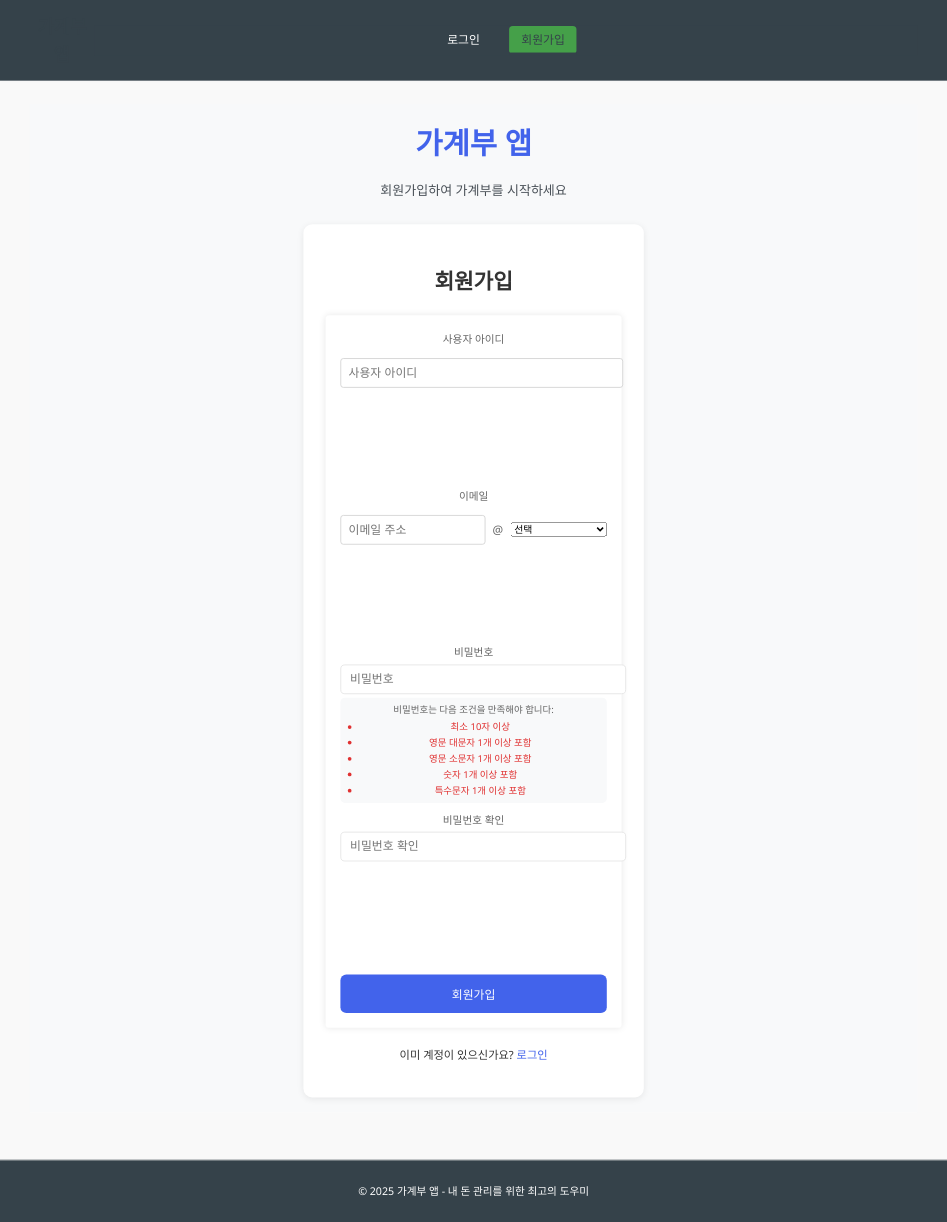
Repository: dldnwls07/Register_Login_Form
Page: /register
The author's editor kept a copy of each file at every save. The page is drawn from the files as they stood at one save, then again after the next save.
The browser window is 1280 px wide. The pictures show the whole page, at 74% of full size.
The project was rebuilt for these pictures with package versions that can differ from the ones it lists, and the page was loaded fresh each time. Also part of the build but not shown: src/components/Summary.jsx, src/styles/pages/MainPage.css, src/pages/MainPage.jsx, src/utils/categoryData.js, src/components/CategorySelector.jsx, src/components/EntryForm.jsx, src/components/EntryTable.jsx, src/components/SearchBar.jsx and 15 more.

Above is the page before, as saved 2025-05-23 14:09:42.

### public/index.html
<!DOCTYPE html>
<html lang="en">
<head>
    <meta charset="UTF-8">
    <meta name="viewport" content="width=device-width, initial-scale=1.0">
    <title>My Money App</title>
</head>
<body>
    <div id="root"></div>
</body>
</html>

### src/styles/App.css
/* Added CSS variables for theme */
:root {
  --background-light: #f9f9f9;
  --background-dark: #121212;
  --text-light: #333;
  --text-dark: #eee;
  --primary-color: #35424a;
  --accent-color: #45a049;
  --border-radius: 5px;
  --box-shadow: 0 0 10px rgba(0, 0, 0, 0.1);
}

body {
  font-family: 'Segoe UI', Tahoma, Geneva, Verdana, sans-serif;
  background-color: var(--background-light);
  color: var(--text-light);
  margin: 0;
  padding: 0;
}

.dark body {
  background-color: var(--background-dark);
  color: var(--text-dark);
}

.container {
    width: 80%;
    margin: auto;
    overflow: hidden;
}

header {
    background: #35424a;
    color: #ffffff;
    padding: 10px 0;
    text-align: center;
}

h1 {
    margin: 0;
}

form {
    background: #ffffff;
    padding: 20px;
    border-radius: 5px;
    box-shadow: 0 0 10px rgba(0, 0, 0, 0.1);
}

input[type="text"],
input[type="number"] {
    width: 100%;
    padding: 10px;
    margin: 10px 0;
    border: 1px solid #ccc;
    border-radius: 4px;
}

button {
    background: #35424a;
    color: #ffffff;
    border: none;
    padding: 10px 15px;
    border-radius: 5px;
    cursor: pointer;
}

button:hover {
    background: #45a049;
}

.table {
    width: 100%;
    margin-top: 20px;
    border-collapse: collapse;
}

.table th,
.table td {
    border: 1px solid #ddd;
    padding: 8px;
}

.table th {
    background-color: #35424a;
    color: white;
}

.summary {
    background: #ffffff;
    padding: 20px;
    border-radius: 5px;
    box-shadow: 0 0 10px rgba(0, 0, 0, 0.1);
    margin-top: 20px;
}

.pie-chart {
    margin-top: 20px;
}

/* Added media query for responsiveness */
@media (max-width: 768px) {
  .entry-form {
    flex-direction: column;
  }
}

/* 앱 레이아웃 스타일 */
.App {
  display: flex;
  flex-direction: column;
  min-height: 100vh;
}

.App-header {
  background-color: var(--primary-color);
  color: white;
  padding: 1rem 0;
  text-align: center;
}

.App-content {
  flex: 1;
  padding: 2rem;
  max-width: 1200px;
  margin: 0 auto;
  width: 100%;
}

.App-footer {
  background-color: var(--primary-color);
  color: white;
  text-align: center;
  padding: 1rem 0;
  margin-top: 2rem;
}

/* 네비게이션 스타일 */
.main-navigation {
  background-color: var(--primary-color);
  padding: 0.5rem 0;
}

.nav-links {
  display: flex;
  justify-content: center;
  gap: 1.5rem;
  padding: 0;
  margin: 0;
}

.nav-links a {
  color: white;
  text-decoration: none;
  padding: 0.5rem 1rem;
  border-radius: var(--border-radius);
  transition: background-color 0.3s;
}

.nav-links a:hover, .nav-links a.active {
  background-color: var(--accent-color);
}

/* 카드 스타일 */
.navigation-links {
  display: grid;
  grid-template-columns: repeat(auto-fit, minmax(300px, 1fr));
  gap: 2rem;
  margin-top: 2rem;
}

.nav-card {
  background-color: white;
  padding: 1.5rem;
  border-radius: var(--border-radius);
  box-shadow: var(--box-shadow);
  transition: transform 0.3s, box-shadow 0.3s;
}

.nav-card:hover {
  transform: translateY(-5px);
  box-shadow: 0 10px 20px rgba(0, 0, 0, 0.15);
}

.nav-link {
  text-decoration: none;
  color: var(--text-light);
}

/* 페이지 스타일 */
.main-page, .spending-page, .goal-page, .analysis-page {
  padding: 1rem 0;
}

.back-link {
  margin-bottom: 2rem;
}

.back-link a {
  color: var(--primary-color);
  text-decoration: none;
  display: flex;
  align-items: center;
  gap: 0.5rem;
}

.back-link a:hover {
  text-decoration: underline;
}

/* 콘텐츠 레이아웃 */
.spending-content, .goal-content, .analysis-content {
  display: grid;
  grid-template-columns: 1fr;
  gap: 2rem;
}

@media (min-width: 768px) {
  .spending-content, .goal-content, .analysis-content {
    grid-template-columns: repeat(2, 1fr);
  }
}

### src/pages/auth/RegisterPage.jsx
import React from 'react';
import { useNavigate } from 'react-router-dom';
import RegisterForm from '../../components/RegisterForm';
import '../../styles/pages/AuthPage.css';

const RegisterPage = () => {
  const navigate = useNavigate();

  const handleRegisterSuccess = () => {
    navigate('/login', {
      state: { message: '회원가입에 성공했습니다. 로그인해주세요.' }
    });
  };

  return (
    <div className="auth-page">
      <div className="auth-container">
        <h1>가계부 앱</h1>
        <p className="auth-description">회원가입하여 가계부를 시작하세요</p>
        <RegisterForm onRegisterSuccess={handleRegisterSuccess} />
      </div>
    </div>
  );
};

export default RegisterPage;

### src/components/Navigation.jsx
import React from 'react';
import { Link, useLocation } from 'react-router-dom';
import { useAuth } from '../hooks/useAuth';

const Navigation = () => {
  const location = useLocation();
  const { user } = useAuth();

  return (
    <nav className="main-navigation">
      <ul className="nav-links">
        {user ? (
          // 로그인된 사용자용 메뉴
          <>
            <li>
              <Link to="/" className={location.pathname === '/' ? 'active' : ''}>
                대시보드
              </Link>
            </li>
            <li>
              <Link to="/spending" className={location.pathname === '/spending' ? 'active' : ''}>
                지출 관리
              </Link>
            </li>
            <li>
              <Link to="/goal" className={location.pathname === '/goal' ? 'active' : ''}>
                목표 설정
              </Link>
            </li>
            <li>
              <Link to="/analysis" className={location.pathname === '/analysis' ? 'active' : ''}>
                지출 분석
              </Link>
            </li>
            <li>
              <Link to="/profile" className={location.pathname === '/profile' ? 'active' : ''}>
                프로필
              </Link>
            </li>
          </>
        ) : (
          // 로그인되지 않은 사용자용 메뉴
          <>
            <li>
              <Link to="/login" className={location.pathname === '/login' ? 'active' : ''}>
                로그인
              </Link>
            </li>
            <li>
              <Link to="/register" className={location.pathname === '/register' ? 'active' : ''}>
                회원가입
              </Link>
            </li>
          </>
        )}
      </ul>
    </nav>
  );
};

export default Navigation;

### src/styles/Common.css
/* 공통 스타일 - 네비게이션, 헤더, 푸터 등 공통 요소 디자인 */

:root {
  --primary-color: #2D7FF9;
  --accent-color: #00D1D1;
  --text-color: #333333;
  --text-light: #666666;
  --background-color: #F5F7FC;
  --card-background: #FFFFFF;
  --border-radius: 16px;
  --box-shadow: 0 2px 10px rgba(0, 0, 0, 0.05);
  --hover-shadow: 0 10px 20px rgba(0, 0, 0, 0.1);
  --transition: 0.2s ease;
}

body {
  font-family: 'Pretendard', -apple-system, BlinkMacSystemFont, system-ui, Roboto, 'Helvetica Neue', 'Segoe UI', sans-serif;
  background-color: var(--background-color);
  color: var(--text-color);
  margin: 0;
  padding: 0;
  line-height: 1.6;
}

/* 앱 레이아웃 */
.App {
  display: flex;
  flex-direction: column;
  min-height: 100vh;
}

/* 헤더 스타일 */
.App-header {
  background-color: var(--card-background);
  box-shadow: 0 1px 5px rgba(0, 0, 0, 0.03);
  padding: 1.25rem 0;
  position: sticky;
  top: 0;
  z-index: 100;
}

.header-container {
  display: flex;
  flex-direction: column;
  align-items: center;
  max-width: 1200px;
  margin: 0 auto;
  padding: 0 1.5rem;
}

@media (min-width: 768px) {
  .header-container {
    flex-direction: row;
    justify-content: space-between;
  }
}

.App-header h1 {
  font-size: 1.5rem;
  font-weight: 700;
  color: var(--primary-color);
  margin: 0;
}

/* 메인 컨텐츠 스타일 */
.App-content {
  flex: 1;
  max-width: 1200px;
  margin: 0 auto;
  width: 100%;
  padding: 2rem 1.5rem;
}

/* 푸터 스타일 */
.App-footer {
  background-color: var(--card-background);
  padding: 1.5rem 0;
  margin-top: 3rem;
  text-align: center;
  font-size: 0.9rem;
  color: var(--text-light);
  border-top: 1px solid #eaeaea;
}

/* 네비게이션 스타일 */
.main-navigation {
  width: 100%;
  display: flex;
  justify-content: center;
  margin-top: 1rem;
}

@media (min-width: 768px) {
  .main-navigation {
    margin-top: 0;
  }
}

.nav-links {
  display: flex;
  gap: 1.5rem;
  padding: 0;
  margin: 0;
  list-style: none;
}

.nav-links a {
  color: var(--text-light);
  text-decoration: none;
  font-size: 1rem;
  font-weight: 500;
  padding: 0.5rem;
  transition: color var(--transition);
  position: relative;
}

.nav-links a:before {
  content: '';
  position: absolute;
  bottom: 0;
  left: 0;
  width: 0;
  height: 2px;
  background-color: var(--primary-color);
  transition: width var(--transition);
}

.nav-links a:hover, .nav-links a.active {
  color: var(--primary-color);
}

.nav-links a:hover:before, .nav-links a.active:before {
  width: 100%;
}

### src/styles/pages/AuthPage.css
/* 인증 페이지 스타일 */
.auth-page {
  display: flex;
  justify-content: center;
  align-items: center;
  min-height: 100vh;
  background-color: #f8f9fa;
}

.auth-container {
  width: 100%;
  max-width: 500px;
  padding: 20px;
  text-align: center;
}

.auth-page h1 {
  font-size: 2.5rem;
  margin-bottom: 0.5rem;
  color: #4263eb;
  font-weight: 700;
}

.auth-description {
  font-size: 1.1rem;
  color: #495057;
  margin-bottom: 2rem;
}

/* 반응형 조정 */
@media (max-width: 576px) {
  .auth-container {
    padding: 15px;
  }

  .auth-page h1 {
    font-size: 2rem;
  }

  .auth-description {
    font-size: 1rem;
  }
}

### src/styles/components/GoalSetter.css
/* GoalSetter 컴포넌트 스타일 */
.goal-setter {
  background-color: #fff;
  border-radius: 12px;
  padding: 24px;
  box-shadow: 0 2px 8px rgba(0, 0, 0, 0.08);
  margin-bottom: 24px;
}

.goal-setter h2 {
  font-size: 1.5rem;
  margin-bottom: 20px;
  color: #333;
  font-weight: 600;
}

.goal-form {
  margin-bottom: 24px;
  display: flex;
  flex-wrap: wrap;
  gap: 16px;
}

.form-group {
  flex: 1 1 200px;
  margin-bottom: 16px;
}

.form-group label {
  display: block;
  font-size: 0.9rem;
  margin-bottom: 6px;
  color: #666;
  font-weight: 500;
}

.form-group input {
  width: 100%;
  padding: 12px 16px;
  border: 1px solid #e0e0e0;
  border-radius: 8px;
  font-size: 1rem;
  transition: border 0.2s;
}

.form-group input:focus {
  border-color: #4263eb;
  outline: none;
}

.input-with-icon {
  position: relative;
}

.input-with-icon input {
  padding-right: 40px;
}

.currency-symbol {
  position: absolute;
  right: 16px;
  top: 50%;
  transform: translateY(-50%);
  color: #888;
}

.goal-submit-button {
  background-color: #4263eb;
  color: white;
  border: none;
  border-radius: 8px;
  padding: 12px 24px;
  font-size: 1rem;
  font-weight: 500;
  cursor: pointer;
  transition: background 0.2s;
}

.goal-submit-button:hover {
  background-color: #3249b1;
}

.goal-status {
  background-color: #f8f9fa;
  border-radius: 8px;
  padding: 20px;
}

.goal-header {
  display: flex;
  justify-content: space-between;
  align-items: center;
  margin-bottom: 16px;
}

.goal-header h3 {
  font-size: 1.2rem;
  font-weight: 500;
  margin: 0;
}

.achievement-toggle {
  display: flex;
  align-items: center;
  gap: 8px;
}

/* 토글 스위치 스타일 */
.switch {
  position: relative;
  display: inline-block;
  width: 48px;
  height: 24px;
}

.switch input {
  opacity: 0;
  width: 0;
  height: 0;
}

.slider {
  position: absolute;
  cursor: pointer;
  top: 0;
  left: 0;
  right: 0;
  bottom: 0;
  background-color: #ccc;
  transition: .4s;
}

.slider:before {
  position: absolute;
  content: "";
  height: 18px;
  width: 18px;
  left: 3px;
  bottom: 3px;
  background-color: white;
  transition: .4s;
}

input:checked + .slider {
  background-color: #4263eb;
}

input:focus + .slider {
  box-shadow: 0 0 1px #4263eb;
}

input:checked + .slider:before {
  transform: translateX(24px);
}

/* 둥근 슬라이더 */
.slider.round {
  border-radius: 34px;
}

.slider.round:before {
  border-radius: 50%;
}

/* 진행바 스타일 */
.progress-bar-container {
  height: 10px;
  background-color: #e9ecef;
  border-radius: 5px;
  overflow: hidden;
  margin-bottom: 8px;
}

.progress-bar {
  height: 100%;
  background-color: #4263eb;
  border-radius: 5px;
  transition: width 0.5s ease-in-out;
}

.progress-bar.exceeded {
  background-color: #e03131;
}

.progress-details {
  display: flex;
  justify-content: space-between;
  align-items: center;
  margin-bottom: 16px;
}

.progress-percentage {
  font-weight: 600;
  color: #333;
  margin: 0;
}

.progress-numbers {
  display: flex;
  justify-content: space-between;
  width: 100%;
  color: #666;
  font-size: 0.9rem;
  margin: 8px 0 0;
}

.goal-status-message {
  padding: 12px;
  border-radius: 6px;
  margin-top: 16px;
}

.goal-status-message.remaining {
  background-color: #e6f4ea;
}

.goal-status-message.exceeded {
  background-color: #fde7e9;
}

.goal-status-message .alert {
  color: #c92a2a;
  display: flex;
  align-items: center;
  gap: 8px;
}

.goal-status-message .success {
  color: #2b8a3e;
  display: flex;
  align-items: center;
  gap: 8px;
}

.goal-status-message .icon {
  font-size: 1.2rem;
}

.no-goal-message {
  text-align: center;
  padding: 24px;
  background-color: #f8f9fa;
  border-radius: 8px;
  color: #666;
}

.no-goal-message p:first-child {
  font-size: 1.1rem;
  font-weight: 500;
  margin-bottom: 8px;
}

@media (max-width: 768px) {
  .goal-form {
    flex-direction: column;
    gap: 12px;
  }

  .goal-header {
    flex-direction: column;
    align-items: flex-start;
    gap: 12px;
  }

  .achievement-toggle {
    width: 100%;
    justify-content: flex-start;
  }
}

### src/styles/components/AuthForm.css
/* 인증 폼 스타일 (로그인/회원가입) */

.auth-form-container {
  max-width: 400px;
  margin: 0 auto;
  padding: 30px;
  background-color: #fff;
  border-radius: 12px;
  box-shadow: 0 2px 10px rgba(0, 0, 0, 0.08);
}

.auth-title {
  font-size: 1.8rem;
  margin-bottom: 24px;
  color: #333;
  font-weight: 600;
  text-align: center;
}

.auth-form {
  display: flex;
  flex-direction: column;
  gap: 10px;
}

.form-group {
  display: flex;
  flex-direction: column;
  margin-bottom: 2px;
}

.form-group label {
  font-size: 0.9rem;
  margin-bottom: 4px;
  color: #666;
  font-weight: 500;
}

.form-group input {
  padding: 10px 12px;
  border: 1px solid #e0e0e0;
  border-radius: 6px;
  font-size: 1rem;
  transition: border 0.2s;
}

.form-group input:focus {
  border-color: #4263eb;
  outline: none;
  box-shadow: 0 0 0 2px rgba(66, 99, 235, 0.1);
}

.form-group input[disabled] {
  background-color: #f8f9fa;
  cursor: not-allowed;
}

.input-error {
  color: #e03131;
  font-size: 0.85rem;
  margin-top: 6px;
}

.auth-button {
  background-color: #4263eb;
  color: white;
  border: none;
  border-radius: 8px;
  padding: 14px;
  font-size: 1rem;
  font-weight: 500;
  cursor: pointer;
  margin-top: 8px;
  transition: background 0.2s;
}

.auth-button:hover {
  background-color: #3249b1;
}

.auth-button:disabled {
  background-color: #adb5bd;
  cursor: not-allowed;
}

.auth-button.loading {
  position: relative;
  opacity: 0.8;
}

.auth-button.loading::after {
  content: '';
  position: absolute;
  width: 20px;
  height: 20px;
  top: 50%;
  left: 50%;
  margin-left: -10px;
  margin-top: -10px;
  border: 3px solid rgba(255, 255, 255, 0.3);
  border-radius: 50%;
  border-top-color: #fff;
  animation: spin 1s ease-in-out infinite;
}

@keyframes spin {
  to { transform: rotate(360deg); }
}

.auth-links {
  margin-top: 24px;
  text-align: center;
  font-size: 0.95rem;
}

.auth-links a {
  color: #4263eb;
  text-decoration: none;
  font-weight: 500;
}

.auth-links a:hover {
  text-decoration: underline;
}

.auth-error-message,
.auth-success-message {
  padding: 12px;
  margin-bottom: 20px;
  border-radius: 8px;
  font-size: 0.95rem;
}

.auth-error-message {
  background-color: #fff5f5;
  color: #e03131;
  border-left: 4px solid #e03131;
}

.auth-success-message {
  background-color: #f4fce3;
  color: #2b8a3e;
  border-left: 4px solid #2b8a3e;
}

/* 비밀번호 강도 표시 스타일 */
.password-strength {
  margin-top: 3px;
  margin-bottom: 5px;
}

.strength-meter {
  height: 3px;
  background-color: #e0e0e0;
  border-radius: 2px;
  margin-bottom: 3px;
  position: relative;
  overflow: hidden;
}

.strength-bar {
  height: 100%;
  border-radius: 2px;
  transition: width 0.3s ease;
}

.strength-bar.strength-매우\ 약함 {
  background-color: #ff4d4d;
}

.strength-bar.strength-약함 {
  background-color: #ffa64d;
}

.strength-bar.strength-중간 {
  background-color: #ffdd4d;
}

.strength-bar.strength-강함 {
  background-color: #4cd964;
}

.strength-text {
  font-size: 12px;
  display: block;
}

.strength-text.strength-매우\ 약함 {
  color: #ff4d4d;
}

.strength-text.strength-약함 {
  color: #ffa64d;
}

.strength-text.strength-중간 {
  color: #8a8a8a;
}

.strength-text.strength-강함 {
  color: #4cd964;
}

/* 새로 추가된 스타일 */
.email-group {
  display: flex;
  align-items: center;
  gap: 5px;
}

.email-prefix {
  flex: 1;
}

.email-at {
  margin: 0 5px;
  color: #666;
}

.email-domain {
  width: 130px;
}

.custom-domain {
  margin-top: 10px;
}

.custom-domain input {
  width: 100%;
}

.password-input-container {
  position: relative;
  display: flex;
  align-items: center;
}

.password-input-container input {
  width: 100%;
}

.toggle-password-btn {
  position: absolute;
  right: 10px;
  top: 50%;
  transform: translateY(-50%);
  background: none;
  border: none;
  color: #666;
  font-size: 0.85rem;
  cursor: pointer;
  padding: 3px 6px;
  border-radius: 3px;
}

.toggle-password-btn:hover {
  background-color: #f1f3f5;
}

.input-error-field {
  border-color: #e03131 !important;
}

.password-policy {
  font-size: 0.8rem;
  color: #666;
  margin-top: 5px;
  padding: 6px 8px;
  background-color: #f8f9fa;
  border-radius: 6px;
}

.password-policy p {
  margin-top: 0;
  margin-bottom: 3px;
  font-weight: 500;
}

.password-policy ul {
  margin: 0;
  padding-left: 18px;
}

.password-policy li {
  margin-bottom: 1px;
}

.password-policy li.met {
  color: #2b8a3e;
}

.password-policy li.not-met {
  color: #e03131;
}

.form-options {
  display: flex;
  justify-content: space-between;
  align-items: center;
  margin: 15px 0;
  font-size: 0.9rem;
}

.remember-me {
  display: flex;
  align-items: center;
}

.remember-me input[type="checkbox"] {
  margin-right: 5px;
}

.forgot-password-link {
  color: #5c7cfa;
  text-decoration: none;
}

.forgot-password-link:hover {
  text-decoration: underline;
}

.auth-warning-message {
  margin-top: 12px;
  padding: 8px;
  border-radius: 6px;
  background-color: #fff9db;
  color: #f08c00;
  font-size: 0.85rem;
  border-left: 3px solid #f08c00;
}

/* 반응형 */
@media (max-width: 480px) {
  .auth-form-container {
    padding: 20px;
    border-radius: 8px;
  }

  .auth-title {
    font-size: 1.5rem;
    margin-bottom: 20px;
  }
}

Loaded but not shown: src/utils/authService.js (592 lines, source omitted); src/utils/authUtils.js (248 lines, source omitted); src/utils/browserDBService2.js (196 lines, source omitted); src/utils/cryptoUtils.js (175 lines, source omitted); src/utils/browserDBService.js (137 lines, source omitted); src/utils/browserDBService3.js (78 lines, source omitted); src/utils/storageKeys.js (68 lines, source omitted); src/utils/localStorageUtil.js (43 lines, source omitted); src/utils/dbServiceWrapper.js (25 lines, source omitted); src/index.js (12 lines, source omitted); src/hooks/useAuth.js (14 lines, source omitted); src/components/RegisterForm.jsx (345 lines, source omitted); src/App.jsx (208 lines, source omitted); src/styles/pages/ProfilePage.css (373 lines, source omitted); src/context/AuthContext.jsx (170 lines, source omitted)

After the next save:
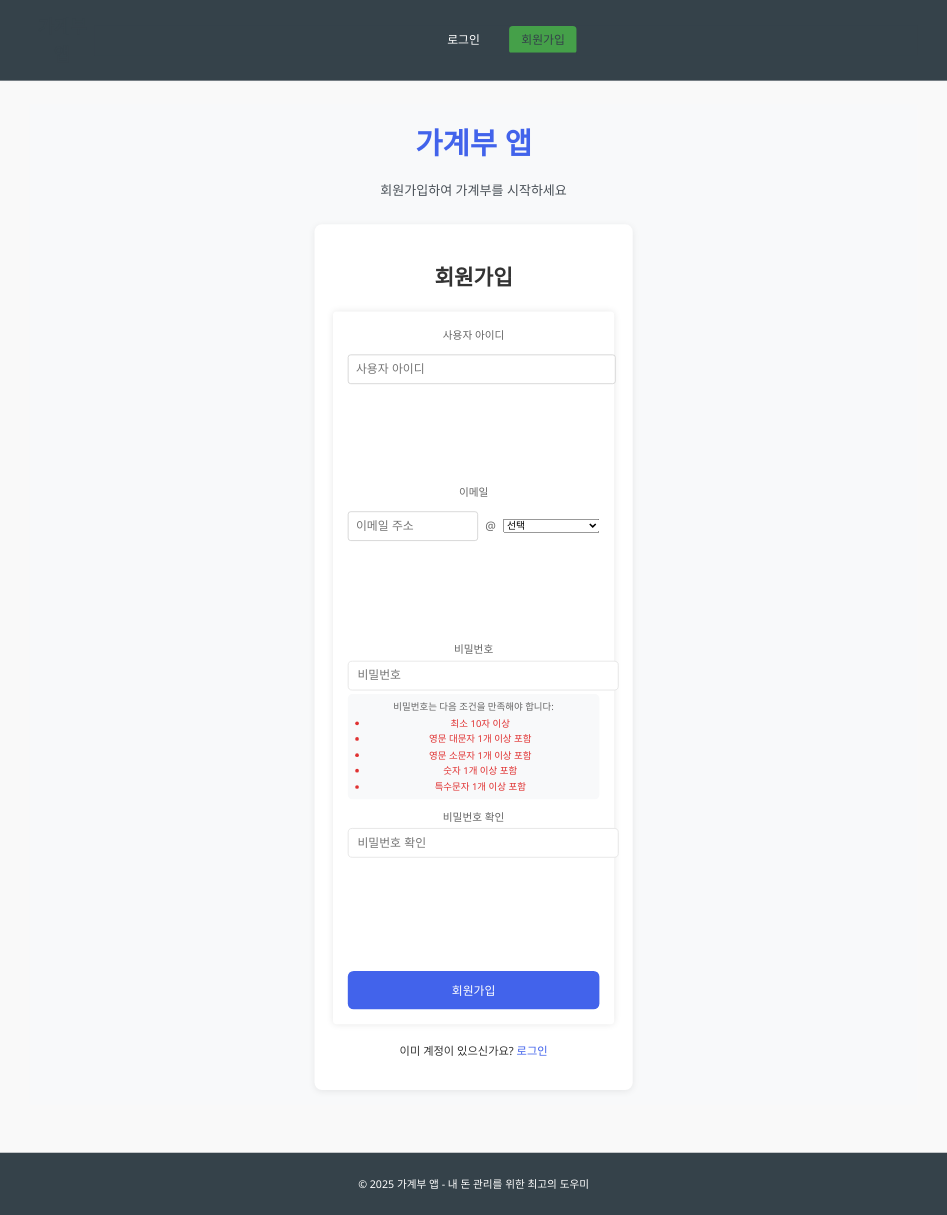
Saved 8 s later.
--- a/src/styles/components/AuthForm.css
+++ b/src/styles/components/AuthForm.css
@@ -1,11 +1,11 @@
 /* 인증 폼 스타일 (로그인/회원가입) */
 
 .auth-form-container {
-  max-width: 400px;
+  max-width: 380px;
   margin: 0 auto;
-  padding: 30px;
+  padding: 25px;
   background-color: #fff;
-  border-radius: 12px;
+  border-radius: 10px;
   box-shadow: 0 2px 10px rgba(0, 0, 0, 0.08);
 }
 
